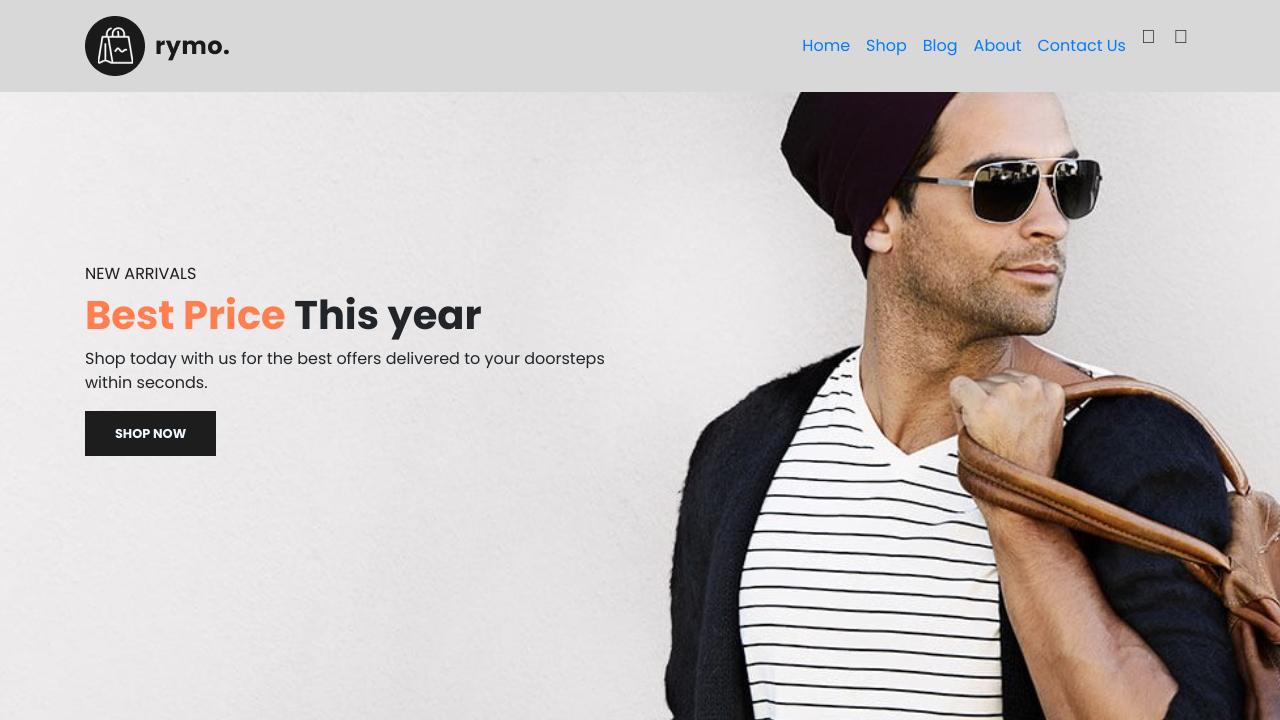
Repository: peter417waweru/e-commerce-UI
Page: index.html
An editor plug-in stored every save of this project. The page is shown before and after the next save, followed by the edit.
The browser window is 1280 px wide. The pictures show the whole page.
Some web libraries are served in a nearby version.

Above is the page before, as saved 2025-02-07 19:56:43.

After the next save:
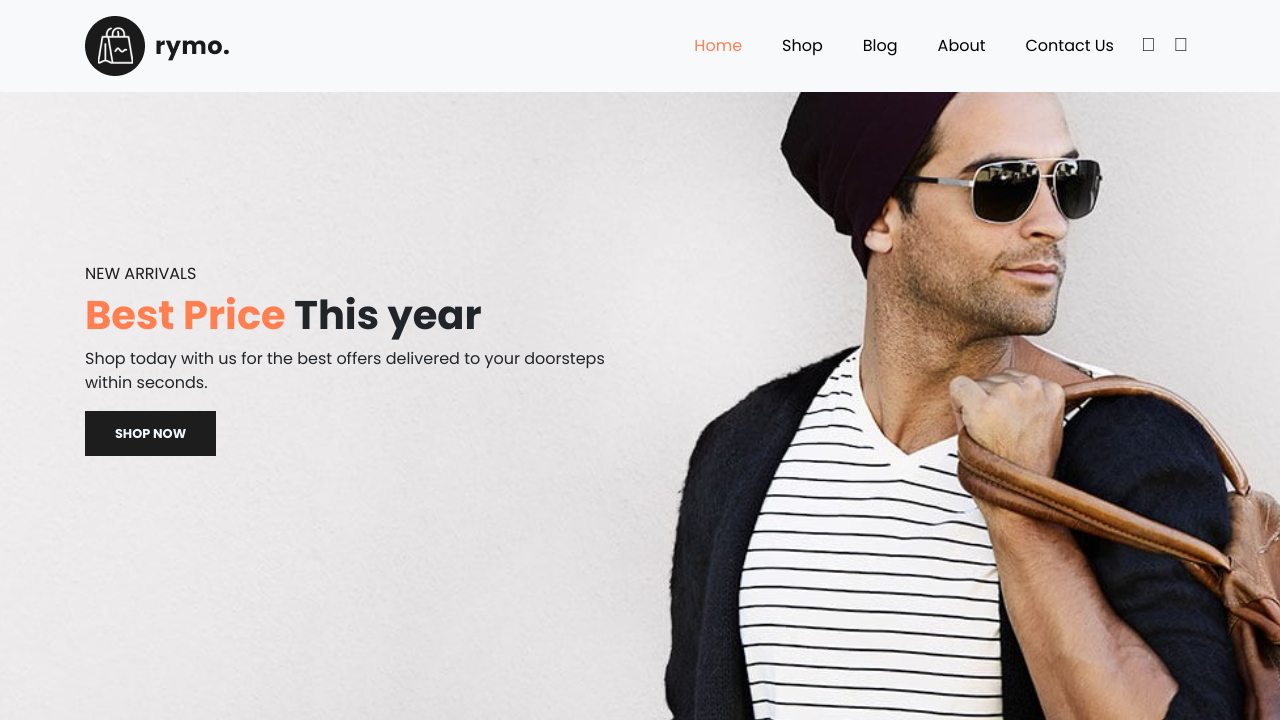
Saved 54 s later.
--- a/index.html
+++ b/index.html
@@ -17,7 +17,7 @@
 
     <body>
 
-        <nav class="navbar navbar-expand-lg bnavbar-light g-light py-3 fixed-top">
+        <nav class="navbar navbar-expand-lg navbar-light bg-light py-3 fixed-top">
             <div class="container">
               <img src="img/logo1.png" alt="">
               <button class="navbar-toggler" type="button" data-bs-toggle="collapse" data-bs-target="#navbarSupportedContent" aria-controls="navbarSupportedContent" aria-expanded="false" aria-label="Toggle navigation">
